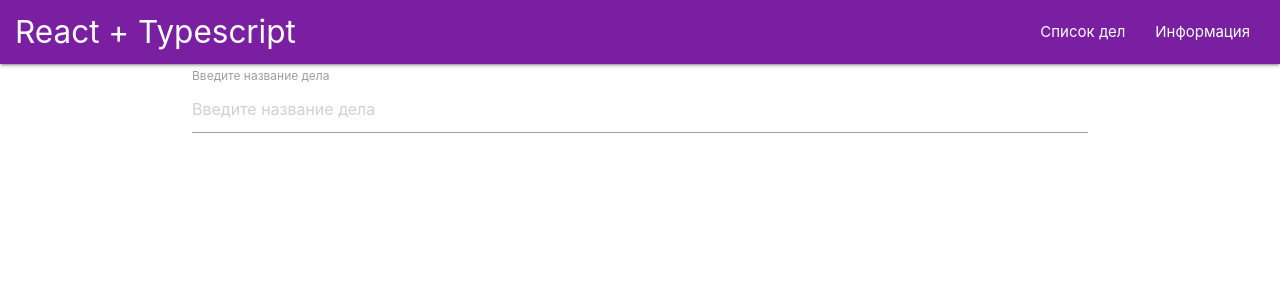
Repository: tsydikov/react_typescript_todo
Page: /about
These files come from the project's save history. The page is drawn as it stood at one moment and after the next save; the edit follows.
The browser window is 1280 px wide. The pictures show the whole page.
The project was rebuilt for these pictures with package versions that can differ from the ones it lists, and the page was loaded fresh each time.

Above is the page before, as saved 2021-08-11 18:46:40.

After the next save:
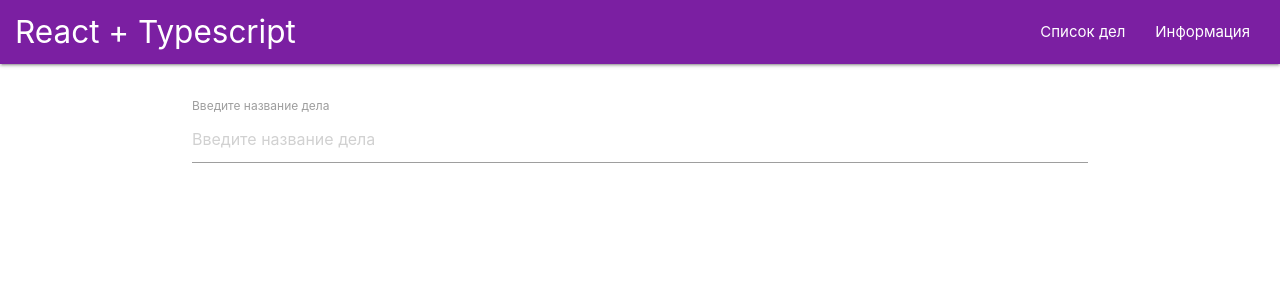
Saved 3 min 17 s later.
--- a/src/index.css
+++ b/src/index.css
@@ -16,3 +16,29 @@ code {
   padding-left: 1rem;
   padding-right: 1rem;
 }
+
+.mt2 {
+  margin-top: 2rem;
+}
+
+.todo {
+  margin-bottom: 1rem;
+}
+
+.todo.completed span {
+  text-decoration: line-through;
+}
+
+.todo label {
+  width: 100%;
+  display: flex;
+  align-items: center;
+  justify-content: space-between;
+  cursor: pointer;
+  padding: 1rem;
+  background: #f3f3f3;
+}
+
+.todo i {
+  z-index: 2;
+}
